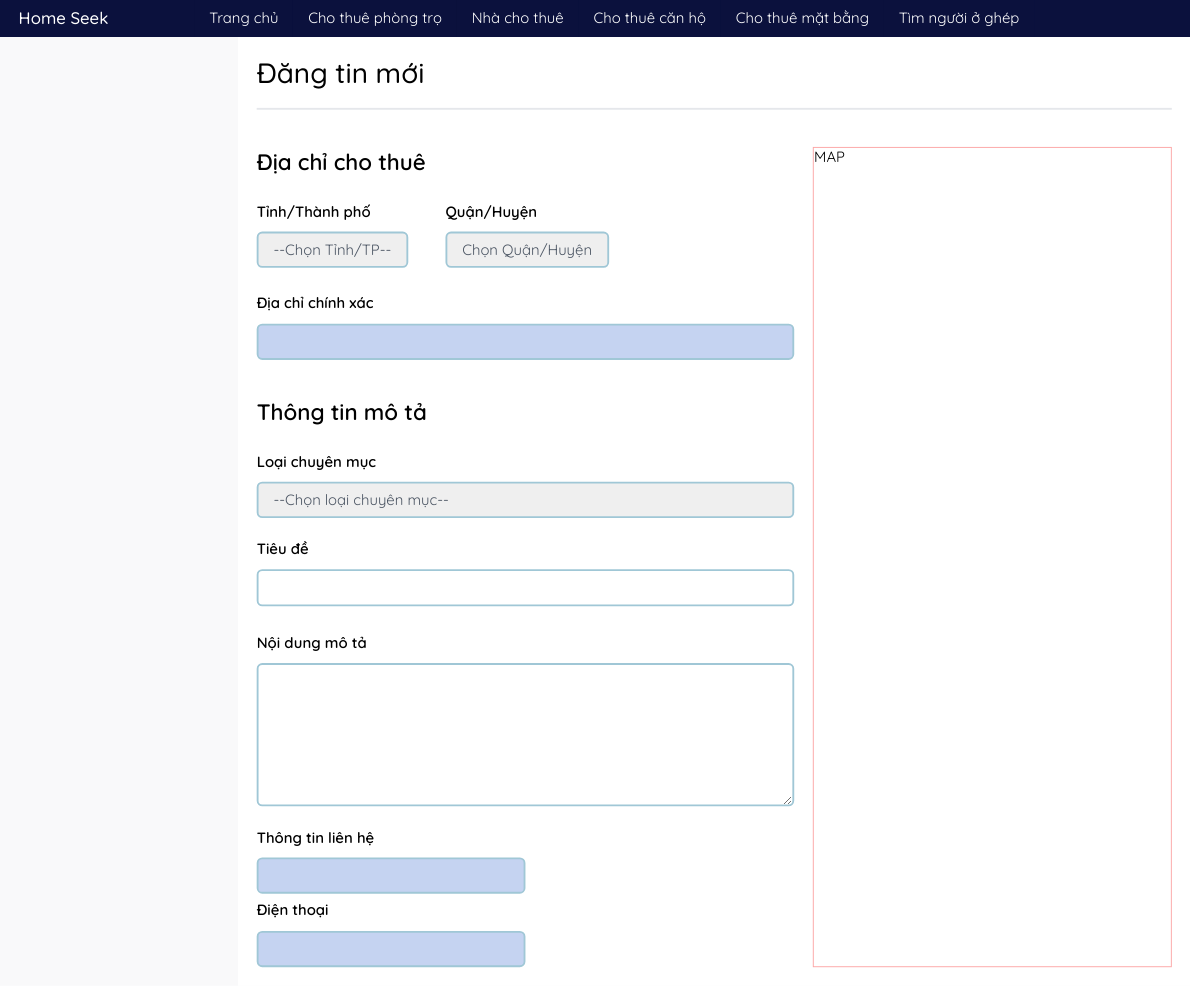
Repository: ajincome26/homeseek
Page: /create (app in client/)
These files come from the project's save history. The page is drawn as it stood at one moment and after the next save; the edit follows.
The browser window is 1280 px wide. The pictures show the whole page, at 93% of full size.
The page's requests for data from a server got no answer. The project was rebuilt for these pictures with package versions that can differ from the ones it lists, and the page was loaded fresh each time. Some packages were replaced by stand-ins written for this rebuild. No one was signed in, and anything a server would have sent is missing. Also part of the build but not shown: client/vite.config.ts, client/src/components/Footer/Footer.tsx, client/src/components/Button/Button.tsx, client/src/components/Button/index.ts, client/src/utils/utils.tsx, client/src/components/MainHeader/components/User.tsx, client/src/components/Popover/Popover.tsx, client/src/components/Popover/index.ts and 16 more.

Above is the page before, as saved 2024-01-11 04:26:22.

After the next save:
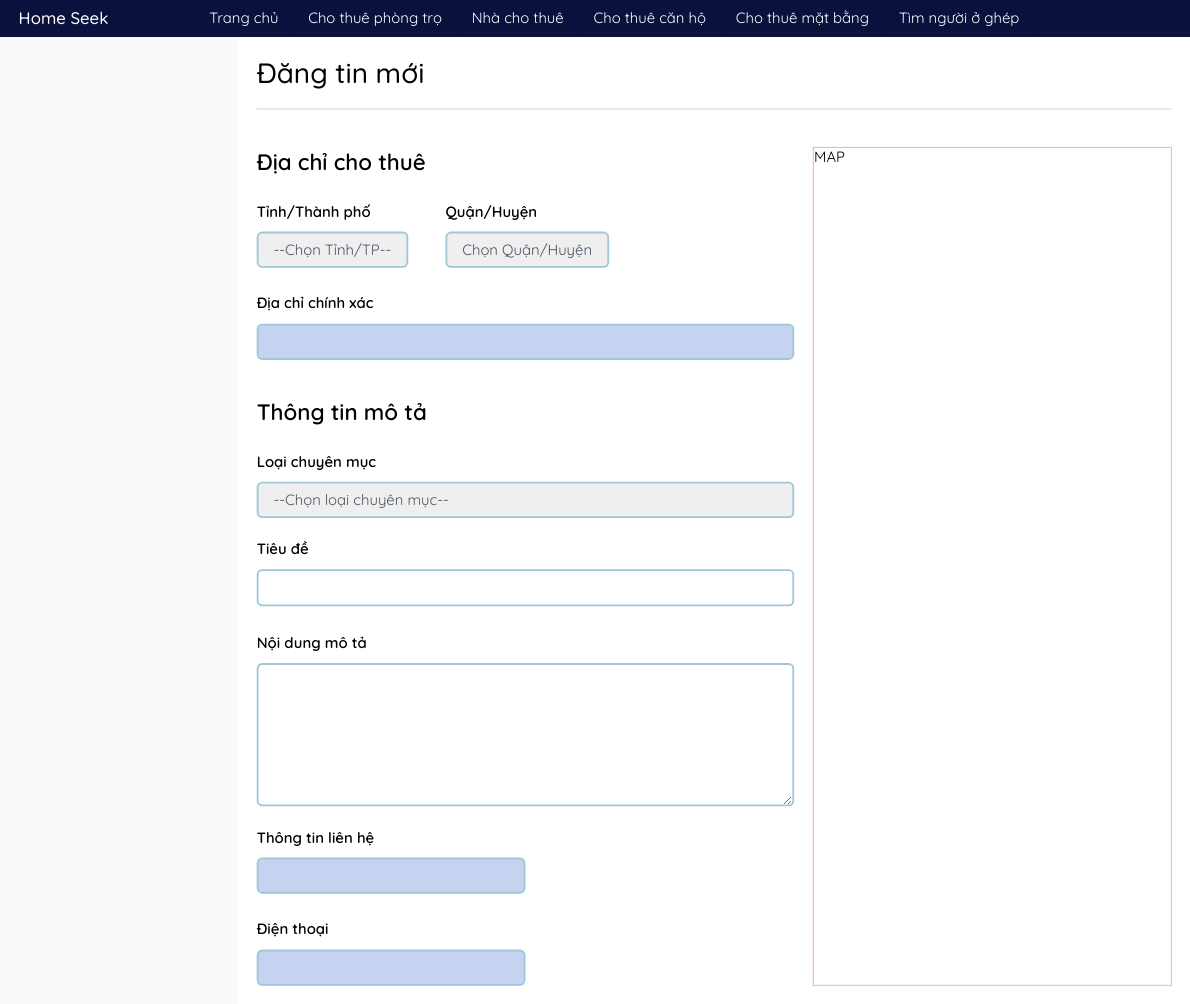
Saved 15 s later.
--- a/client/src/pages/CreatePostPage/components/Overview.tsx
+++ b/client/src/pages/CreatePostPage/components/Overview.tsx
@@ -60,7 +60,7 @@ const Overview = () => {
             <Label textColor='text-black' htmlFor='username'>
               Thông tin liên hệ
             </Label>
-            <InputReadOnly id='username' data={''} />
+            <InputReadOnly className='mb-5' id='username' data={''} />
           </Field>
           <Field>
             <Label textColor='text-black' htmlFor='phone'>
